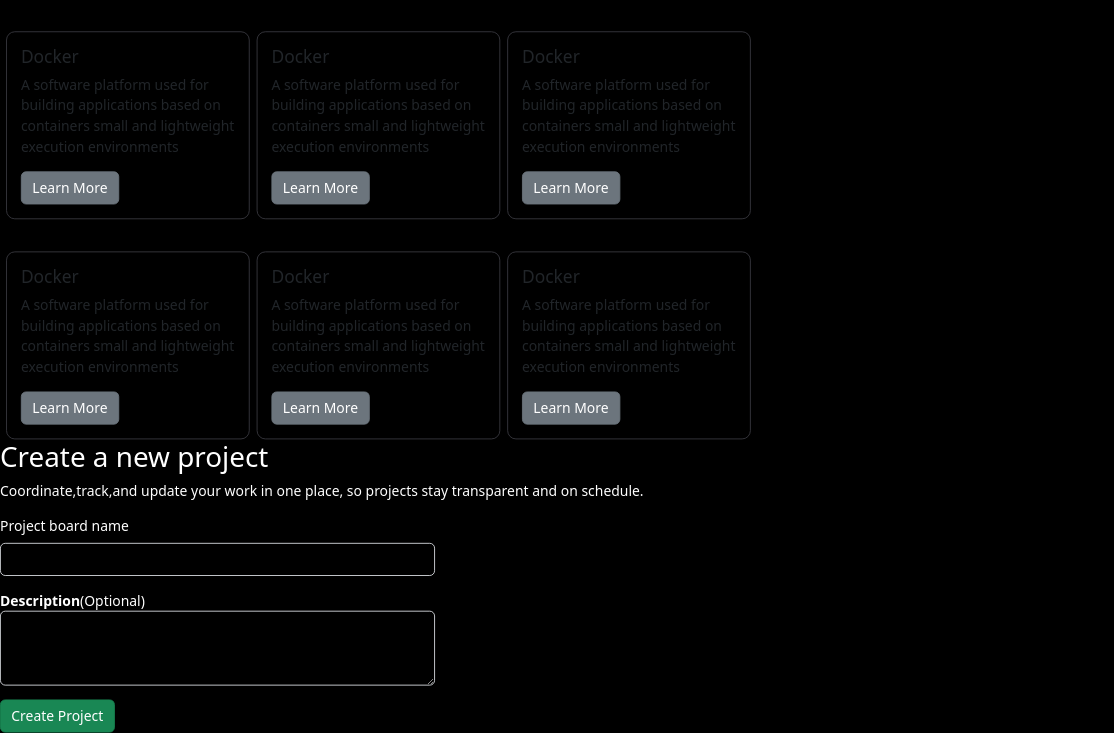
Repository: NSS-Evening-25-Cohort/e25-gitsub-control-alt-defeat
Page: index.html
These files come from the project's save history. The page is drawn as it stood at one moment and after the next save; the edit follows.
The browser window is 1280 px wide. The pictures show the whole page, at 87% of full size.

Above is the page before, as saved 2023-11-07 19:27:41.

### index.html
<!DOCTYPE html>
<html lang="en">
  <head>
    <meta charset="UTF-8" />
    <meta name="viewport" content="width=device-width, initial-scale=1.0" />
    <link
      rel="stylesheet"
      href="https://cdn.jsdelivr.net/npm/bootstrap@5.3.2/dist/css/bootstrap.min.css"
    />
    <link rel="stylesheet" href="main.css" />
    <title>Document</title>
  </head>
  <body>
    <div id="app2"></div>
    <div id="app1"></div>
    <script src="	https://cdn.jsdelivr.net/npm/bootstrap@5.3.2/dist/js/bootstrap.bundle.min.js"></script>
    <div class="packageHeader"><h2>Create a new project</h2>
      <p>Coordinate,track,and update your work in one place, so projects stay transparent and on schedule.</p>
    </div>

    <form>
        <div class="mb-3">
        <label for="exampleInputEmail1" class="form-label" id="boardName">Project board name</label>
        <input type="text" class="form-control" class="packageForm" id="projectBoardName" aria-describedby="emailHelp">
      </div>
      <div class="form-group mb-3">
        <label for="exampleFormControlTextarea1" id="descriptionName" class="packageForm"><B>Description</B>(Optional)</label>
        <textarea class="form-control" id="projectDescription" rows="3"></textarea>
      </div>
      </div>
      <button type="submit" class="btn btn-success">Create Project</button>
    </form>

    <script src="main.js"></script>

  </body>
</html>

### main.css
body {
  background-color: black;
}

#app1{
  flex-wrap: wrap;
  display: flex;
  width: 900px;
}

.mb-3{
  width:500px;
  color: white;
}

.packageHeader{
  color:white;
}

.card-body{
  border: solid rgb(58, 58, 65) 1px;
  border-radius: 10px;
  background-color:black;
}

.card{
  background-color:transparent;
  padding-left: 6px;
  padding-top: 35px;
}

.form-control{
  background-color:transparent;
}

.btn-secondary{
  width: auto;
}

### main.js
const packageCards =[
  {
    id: 1,
    name: "Docker",
    info: "A software platform used for building applications based on containers small and lightweight execution environments",
  },
  {
    id: 2,
    name: "Docker",
    info: "A software platform used for building applications based on containers small and lightweight execution environments"
  },
  {
    id: 3,
    name: "Docker",
    info: "A software platform used for building applications based on containers small and lightweight execution environments"
  },
  {
    id: 4,
    img: "image",
    name: "Docker",
    info: "A software platform used for building applications based on containers small and lightweight execution environments"
  },
  {
    id: 5,
    imageURL: "https://www.google.com/url?sa=i&url=https%3A%2F%2Fwww.creativebloq.com%2Fnews%2Ftwitter-logo-history&psig=AOvVaw3y8LYKl_CxiwL2W_oTsGUa&ust=1699413723681000&source=images&cd=vfe&ved=0CBEQjRxqFwoTCKD7mcz3sIIDFQAAAAAdAAAAABAE",
    name: "Docker",
    info: "A software platform used for building applications based on containers small and lightweight execution environments"
  },
  {
    id: 6,
    name: "Docker",
    info: "A software platform used for building applications based on containers small and lightweight execution environments"
  },
];

const app1 = document.querySelector("#app1");
const app2 = document.querySelector("#app2");

const renderToDom = (packageCards) =>{

  let domString = "";

  for(let card of packageCards){
    domString += `<div class="card" style="width: 18rem;">
    <div class="card-body">
      <h5>${card.name}</h5>
      <p class="card-text">${card.info}</p>
      <button type="button" class="btn btn-secondary">Learn More</button>
    </div>
  </div>`
  }
  const app1 = document.querySelector("#app1")
  app1.innerHTML = domString
}
renderToDom(packageCards)


const form = document.querySelector("form");

const createPackage = (event) =>{
  event.preventDefault();

  const newPackage = {
    id: packageCards.length +1,
    name: document.querySelector("#projectBoardName").value,
    info: document.querySelector("#projectDescription").value,
  }
  packageCards.push(newPackage);
  renderToDom(packageCards);
  form.reset();
}
form.addEventListener("submit", createPackage)

After the next save:
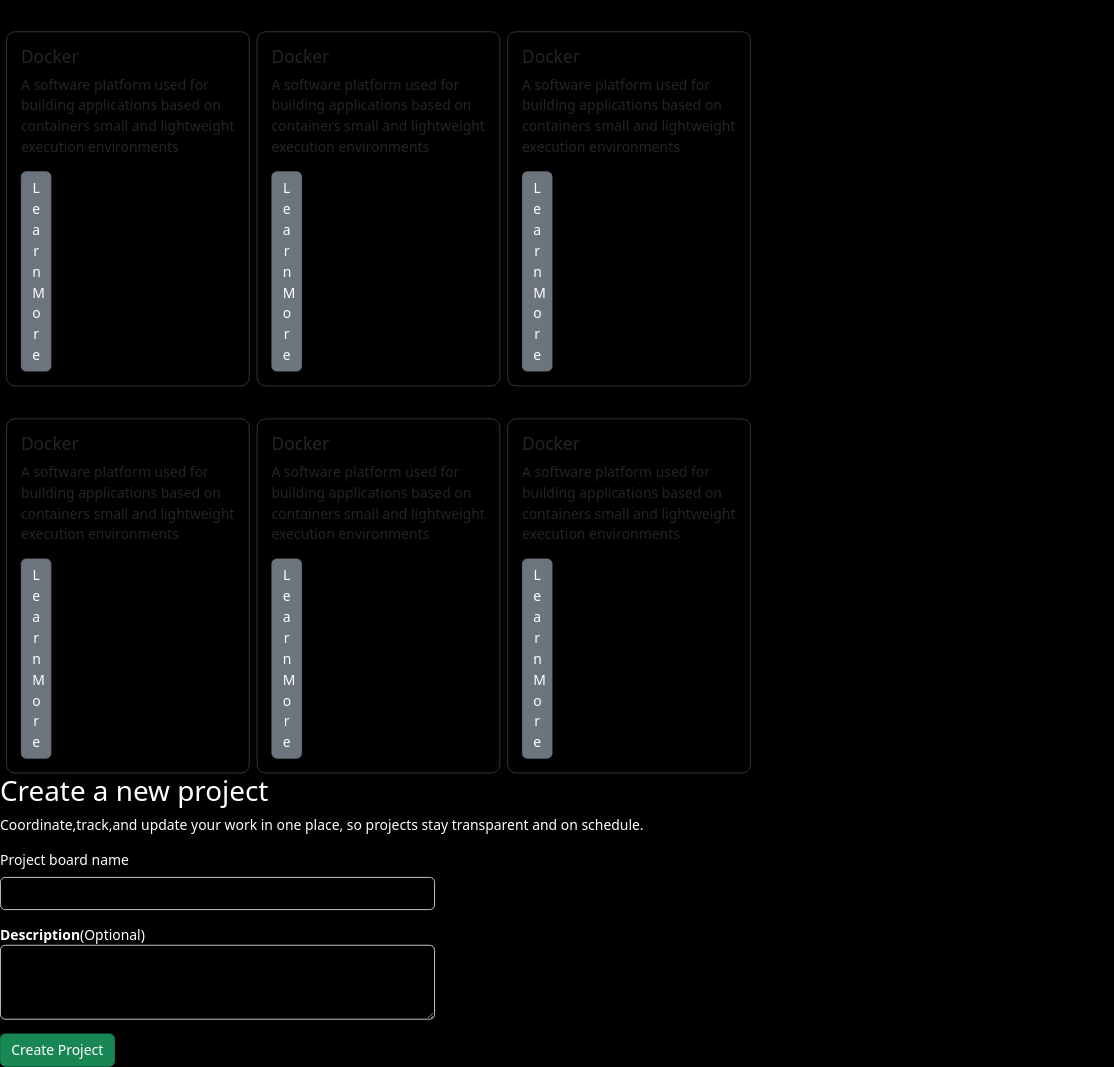
Saved 8 s later.
--- a/main.css
+++ b/main.css
@@ -34,5 +34,5 @@
 }
 
 .btn-secondary{
-  width: auto;
+  width: 35px;
 }
